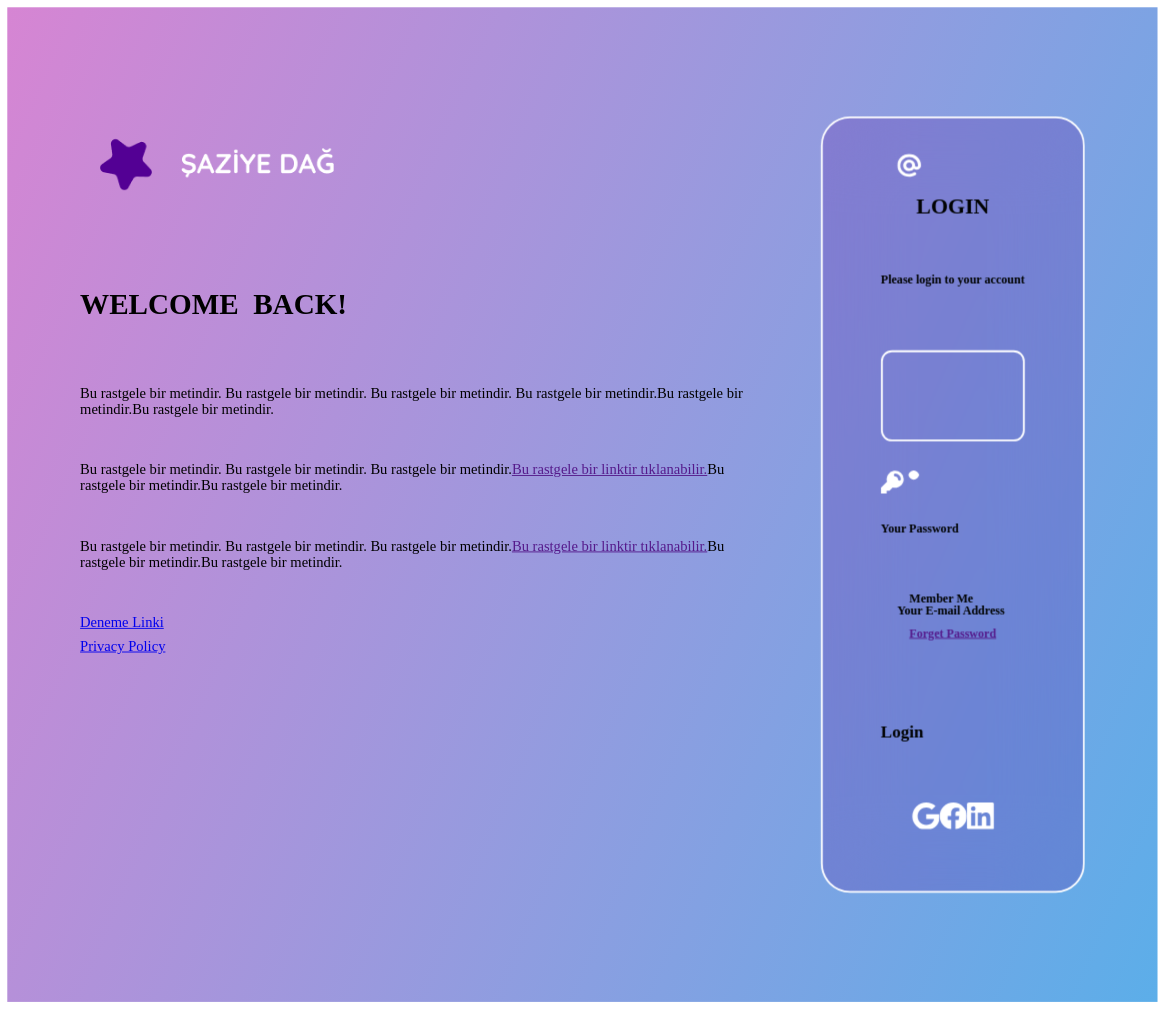
Repository: szydag/login
Page: /
These files come from the project's save history. The page is drawn as it stood at one moment and after the next save; the edit follows.
The browser window is 1280 px wide. The pictures show the whole page, at 91% of full size.
The project was rebuilt for these pictures with package versions that can differ from the ones it lists, and the page was loaded fresh each time. Also part of the build but not shown: src/assets/svgr/unhiddenIcon/index.js.

Above is the page before, as saved 2023-10-22 19:59:05.

### src/index.js
import React from 'react';
import ReactDOM from 'react-dom/client';
import App from './app/index';
import {
    BrowserRouter
} from "react-router-dom";

const root = ReactDOM.createRoot(document.getElementById('root'));
root.render(
    <BrowserRouter>
        <App />
    </BrowserRouter>
);

### src/app/index.js
import LoginPage from "./pages/login";
import useStyles from "./style";

const App = () => {
    useStyles();
    return <div>
        <LoginPage />
    </div>

};

export default App;

### src/app/pages/login/index.js
import React, { useEffect } from 'react'
import useStyles from './style';
import logo from './../../../assets/logo.png'
import MailIcon from './../../../assets/svgr/mailIcon/index.js'
import PasswordIcon from './../../../assets/svgr/passwordIcon/index.js'
import HiddenIcon from './../../../assets/svgr/hiddenIcon/index.js'
import UnhiddenIcon from './../../../assets/svgr/unhiddenIcon/index.js'
import GoogleIcon from './../../../assets/svgr/googleIcon/index.js'
import FacebookIcon from './../../../assets/svgr/facebookIcon/index.js'
import LinkedInIcon from './../../../assets/svgr/linkedInIcon/index.js'
const LoginPage = () => {

    const classes = useStyles();
    return <div
        className={classes.loginPage}
    >
        <div
            className={classes.promotionTexts}
        >
            <div
                className={classes.logo}
            >
                <img
                    src={logo}
                    alt=""
                />
            </div>
            <div
                className={classes.mainContent}
            >
                <div
                    className={classes.title}
                >
                    <h1>WELCOME</h1>
                    <h1>BACK!</h1>
                </div>
                <div
                    className={classes.contentText}
                >
                    <p>
                        Bu rastgele bir metindir. Bu rastgele bir metindir. Bu rastgele bir metindir. Bu rastgele bir metindir.Bu rastgele bir metindir.Bu rastgele bir metindir.
                    </p>
                    <p>
                        Bu rastgele bir metindir. Bu rastgele bir metindir. Bu rastgele bir metindir.
                        <a
                            href=""
                        >
                            Bu rastgele bir linktir tıklanabilir.
                        </a>
                        Bu rastgele bir metindir.Bu rastgele bir metindir.
                    </p>
                    <p>
                        Bu rastgele bir metindir. Bu rastgele bir metindir. Bu rastgele bir metindir.
                        <a
                            href=""
                        >
                            Bu rastgele bir linktir tıklanabilir.
                        </a>
                        Bu rastgele bir metindir.Bu rastgele bir metindir.
                    </p>
                </div>
                <div
                    className={classes.links}
                >
                    <a
                        href="

                    ">
                        Deneme Linki
                    </a>
                    <a
                        href="

                    ">
                        Privacy Policy
                    </a>
                </div>

            </div>
        </div>
        <div
            className={classes.loginArea}
        >
            <div
                className={classes.header}
            >
                <h2>LOGIN</h2>
                <h5>Please login to your account</h5>
            </div>
            <div
                className={classes.container}
            >
                <div
                    className={classes.loginMainContent}
                >
                    <div
                        className={classes.inputArea}
                    >
                        <div
                            className={classes.mailInput}
                        >
                            <div
                                className={classes.content}
                            >
                                <MailIcon
                                    color='#ffffff'
                                    size={30}
                                ></MailIcon>

                            </div>
                            <div
                                className={classes.inputTitle}
                            >
                                <h5>Your E-mail  Address</h5>
                            </div>
                        </div>
                        <div
                            className={classes.passwordInput}
                        >
                            <div
                                className={classes.content}
                            >
                                <PasswordIcon
                                    color='#ffffff'
                                    size={30}
                                >
                                </PasswordIcon>
                                <HiddenIcon
                                    color='#ffffff'
                                    size={30}
                                >

                                </HiddenIcon>
                            </div>
                            <div
                                className={classes.inputTitle}
                            >
                                <h5>Your Password</h5>
                            </div>

                        </div>
                    </div>
                    <div
                        className={classes.passwordSettingsArea}
                    >
                        <div
                            className={classes.memberMeArea}
                        >
                            <h5>Member Me</h5>
                        </div>
                        <h5>
                            <a href="">
                                Forget Password
                            </a>
                        </h5>
                    </div>
                </div>
                <div
                    className={classes.loginButton}
                >
                    <h3>Login</h3>
                </div>
            </div>
            <div
                className={classes.accountSettings}
            >
                <div
                    className={classes.accountSettingsTitle}
                >

                </div>
                <div
                    className={classes.socialMediaIcons}
                >
                    <GoogleIcon
                        color='#ffffff'
                        size={30}
                    >
                    </GoogleIcon>
                    <FacebookIcon
                        color='#ffffff'
                        size={30}
                    >
                    </FacebookIcon>
                    <LinkedInIcon
                        color='#ffffff'
                        size={30}
                    >
                    </LinkedInIcon>
                </div>
                <div
                    className={classes.newAccountArea}
                >

                </div>
            </div>
        </div>
    </div>
}

export default LoginPage;

### src/app/style.js
import { createUseStyles } from "react-jss";

const useStyles = createUseStyles({
    loginPage: {
    },
})
export default useStyles;

### src/app/pages/login/style.js

import { createUseStyles } from "react-jss";

const useStyles = createUseStyles({
    loginPage: {
        display: 'flex',
        padding: '120px 80px',
        alignItems: 'flex-start',
        gap: '80px',
        background: 'linear-gradient(113deg, #B9A675 0%, #D685D3 0%, #5CAEE9 100%)',
    },
    promotionTexts: {
        display: 'flex',
        flexDirection: 'column',
        alignItems: 'flex-start',
        gap: '64px',
        flex: '1 0 0',
        alignSelf: 'stretch',
    },
    logo: {
        display: 'flex',
        alignItems: 'center',
        gap: '8px',
    },
    mainContent: {
        display: 'flex',
        flexDirection: 'column',
        justifyContent: ' center',
        alignItems: 'flex-start',
        gap: '32px',
        alignSelf: 'stretch',
    },
    title: {
        display: 'flex',
        alignItems: 'flex-start',
        gap: '16px',
    },
    contentText: {
        display: 'flex',
        flexDirection: 'column',
        alignItems: 'flex - start',
        gap: '16px',
        alignSelf: 'stretch',
    },
    links: {
        display: 'flex',
        flexDirection: 'column',
        alignItems: 'flex-start',
        gap: '8px',
    },
    loginArea: {
        display: 'flex',
        padding: '64px',
        flexDirection: 'column',
        justifyContent: 'center',
        alignItems: 'center',
        gap: '48px',
        alignSelf: 'stretch',
        borderRadius: '32px',
        border: '2px solid #FFF',
        background: 'rgba(83, 0, 148, 0.20)',
        backdropFilter: 'blur(45px)',
    },
    header: {
        display: 'flex',
        flexDirection: 'column',
        alignItems: 'center',
        gap: '16px',
    },
    container: {
        display: 'flex',
        flexDirection: 'column',
        alignItems: 'flex-start',
        gap: '48px',
        alignSelf: 'stretch',
    },
    loginMainContent: {
        display: 'flex',
        flexDirection: 'column',
        justifyContent: 'center',
        alignItems: 'center',
        gap: '16px',
        alignSelf: 'stretch',
    },
    inputArea: {
        display: 'flex',
        flexDirection: 'column',
        alignItems: 'flex-start',
        gap: '32px',
        alignSelf: 'stretch',
    },
    mailInput: {
        display: 'flex',
        height: '64px',
        padding: '16px',
        flexDirection: 'column',
        justifyContent: 'center',
        alignItems: 'flex-start',
        gap: '437px',
        alignSelf: 'stretch',
        borderRadius: '12px',
        border: '2px solid #FFF',
    },
    content: {
        display: 'flex',
        justifyContent: 'center',
        alignItems: 'center',
        gap: '6px',
    },
    inputTitle: {
    },
    passwordInput: {
    },
    content: {
    },
    passwordSettingsArea: {
    },
    memberMeArea: {
    },
    loginButton: {
    },
    accountSettings: {
    },
    accountSettingsTitle: {
    },
    socialMediaIcons: {
    },
    newAccountArea: {
    },
})
export default useStyles;

### src/assets/svgr/mailIcon/index.js
import * as React from "react"
const MailIcon = ({
    color = "#ffffff",
    size = 30,
    ...props
}) => {
    const pathScale = 30 / size;
    return <svg
        xmlns="http://www.w3.org/2000/svg"
        width={size}
        height={size}
        fill="none"
        {...props}
    >
        <path
            fill={color}
            transform={`scale(${1 / 1})`}
            d="M19.894 6.125c-3.807-3.661-9.98-3.661-13.788 0s-3.808 9.597 0 13.258c3.31 3.183 8.41 3.6 12.187 1.248.753-.47 1.759-.263 2.247.461.488.725.273 1.692-.48 2.161-5.038 3.138-11.837 2.586-16.252-1.66-5.077-4.881-5.077-12.796 0-17.678 5.076-4.881 13.308-4.881 18.384 0C24.73 6.355 26 9.558 26 12.755c0 2.588-2.183 4.687-4.875 4.687a4.982 4.982 0 0 1-2.925-.937c-1.186 1.517-3.074 2.5-5.2 2.5-3.59 0-6.5-2.799-6.5-6.25 0-3.453 2.91-6.25 6.5-6.25s6.5 2.797 6.5 6.25c0 .862.727 1.562 1.625 1.562s1.625-.7 1.625-1.563c0-2.402-.952-4.798-2.856-6.629Zm-3.644 6.63c0-1.727-1.455-3.126-3.25-3.126s-3.25 1.4-3.25 3.125c0 1.726 1.455 3.125 3.25 3.125s3.25-1.399 3.25-3.125Z"
        />
    </svg>
}
export default MailIcon

### src/assets/svgr/passwordIcon/index.js
import * as React from "react"
const PasswordIcon = ({
    color = "#ffffff",
    size = 30,
    ...props
}) => {
    const pathScale = 30 / size;
    return <svg
        xmlns="http://www.w3.org/2000/svg"
        width={size}
        height={size}
        fill="none"
        {...props}
    >
        <path
            fill={color}
            transform={`scale(${1 / 1})`}
            d="M25 9.63a9.375 9.375 0 0 1-12.098 8.972L9.375 22.13H6.25v3.125H0v-6.25l6.652-6.652A9.375 9.375 0 1 1 25 9.63Zm-9.375-6.25a1.563 1.563 0 0 0 0 3.124c1.726 0 3.125 1.4 3.125 3.125a1.563 1.563 0 0 0 3.125 0 6.25 6.25 0 0 0-6.25-6.25Z"
        />
    </svg>
}
export default PasswordIcon

### src/assets/svgr/hiddenIcon/index.js
import * as React from "react"
const HiddenIcon = ({
    color = "#ffffff",
    size = 30,
    ...props
}) => {
    const pathScale = 30 / size;
    return <svg
        xmlns="http://www.w3.org/2000/svg"
        width={size}
        height={size}
        fill="none"
        {...props}
    >
        <path
            fill={color}
            transform={`scale(${1 / 1})`}
            d="M0 5.03C.801 2.115 3.185 0 6 0s5.199 2.115 6 5.03c-.801 2.915-3.185 5.03-6 5.03S.801 7.945 0 5.03Zm8.515 0C8.515 6.617 7.39 7.904 6 7.904c-1.39 0-2.515-1.287-2.515-2.874C3.485 3.443 4.61 2.156 6 2.156c1.39 0 2.515 1.287 2.515 2.874Z"
        />
    </svg>
}
export default HiddenIcon

### src/assets/svgr/googleIcon/index.js
import * as React from "react"
const GoogleIcon = ({
    color = "#ffffff",
    size = 30,
    ...props
}) => {
    const pathScale = 30 / size;
    return <svg
        xmlns="http://www.w3.org/2000/svg"
        width={size}
        height={size}
        fill="none"
        {...props}
    >
        <path
            fill={color}
            transform={`scale(${1 / 1})`}
            d="M30.5 16.357c0 8.698-5.957 14.889-14.754 14.889A15.228 15.228 0 0 1 .5 16 15.228 15.228 0 0 1 15.746.754c4.106 0 7.561 1.506 10.223 3.99l-4.15 3.99C16.392 3.496 6.298 7.43 6.298 16c0 5.318 4.248 9.627 9.449 9.627 6.037 0 8.3-4.328 8.656-6.572h-8.656v-5.243H30.26c.142.78.24 1.53.24 2.545Z"
        />
    </svg>
}
export default GoogleIcon

### src/assets/svgr/facebookIcon/index.js
import * as React from "react"
const FacebookIcon = ({
    color = "#ffffff",
    size = 30,
    ...props
}) => {
    const pathScale = 30 / size;
    return <svg
        xmlns="http://www.w3.org/2000/svg"
        width={size}
        height={size}
        fill="none"
        {...props}
    >
        <path
            fill={color}
            transform={`scale(${1 / 1})`}
            d="M30.5 15.754c0-8.286-6.714-15-15-15s-15 6.714-15 15c0 7.487 5.485 13.692 12.656 14.819V20.09h-3.81v-4.336h3.81V12.45c0-3.759 2.238-5.835 5.666-5.835 1.641 0 3.358.293 3.358.293v3.689h-1.892c-1.863 0-2.444 1.156-2.444 2.343v2.815h4.16l-.666 4.336h-3.494v10.483C25.014 29.446 30.5 23.24 30.5 15.754Z"
        />
    </svg>
}
export default FacebookIcon

### src/assets/svgr/linkedInIcon/index.js
import * as React from "react"
const LinkedInIcon = ({
    color = "#ffffff",
    size = 30,
    ...props
}) => {
    const pathScale = 30 / size;
    return <svg
        xmlns="http://www.w3.org/2000/svg"
        width={size}
        height={size}
        fill="none"
        {...props}
    >
        <path
            fill={color}
            transform={`scale(${1 / 1})`}
            d="M28.357.754H2.637C1.456.754.5 1.725.5 2.917v25.674c0 1.192.958 2.163 2.136 2.163h25.721c1.179 0 2.143-.97 2.143-2.163V2.917c0-1.192-.964-2.163-2.143-2.163ZM9.567 26.468H5.121V12.151h4.453v14.317h-.007ZM7.344 10.196a2.58 2.58 0 0 1 0-5.156 2.584 2.584 0 0 1 2.578 2.578 2.575 2.575 0 0 1-2.578 2.578Zm18.89 16.272h-4.446v-6.964c0-1.66-.034-3.797-2.31-3.797-2.317 0-2.672 1.808-2.672 3.677v7.084h-4.447V12.151h4.266v1.956h.06c.596-1.125 2.05-2.31 4.212-2.31 4.5 0 5.337 2.966 5.337 6.823v7.848Z"
        />
    </svg>
}
export default LinkedInIcon

Loaded but not shown: public/index.html (common file)

After the next save:
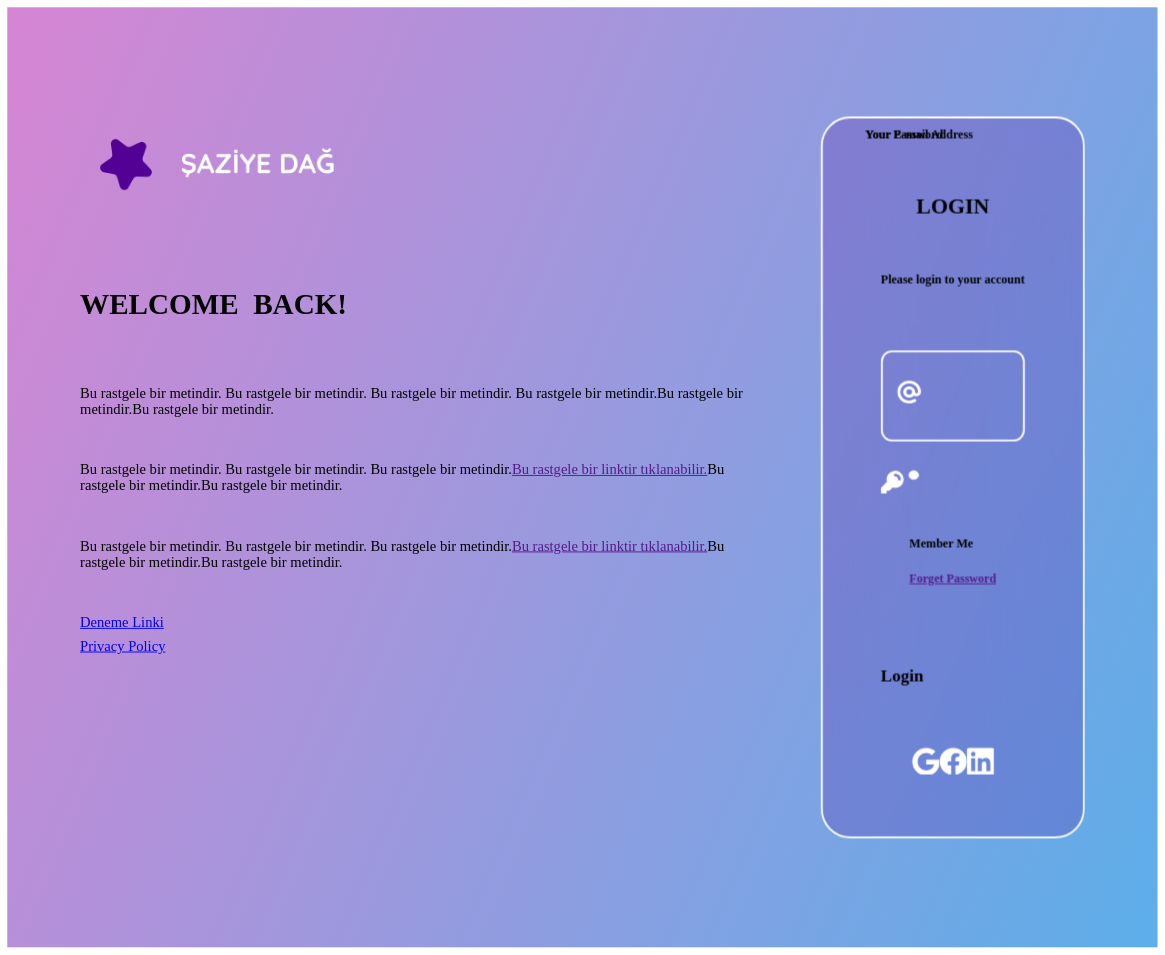
Saved 40 s later.
--- a/src/app/pages/login/style.js
+++ b/src/app/pages/login/style.js
@@ -108,6 +108,13 @@ const useStyles = createUseStyles({
         gap: '6px',
     },
     inputTitle: {
+        display: 'flex',
+        padding: '0px 10px',
+        alignItems: 'center',
+        gap: '10px',
+        position: 'absolute',
+        left: '37px',
+        top: '-12px',
     },
     passwordInput: {
     },
